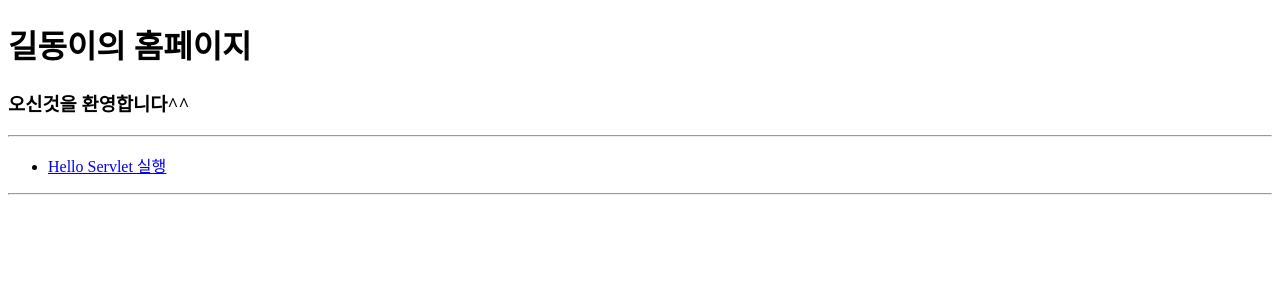
Repository: kkw2758/Front-end
Page: http://localhost/jsp_suvlet_ex01/
An editor plug-in stored every save of this project. The page is shown before and after the next save, followed by the edit.
The browser window is 1280 px wide. The pictures show the whole page.
The page is served by Tomcat 9.

Above is the page before, as saved 2023-02-27 02:27:18.

After the next save:
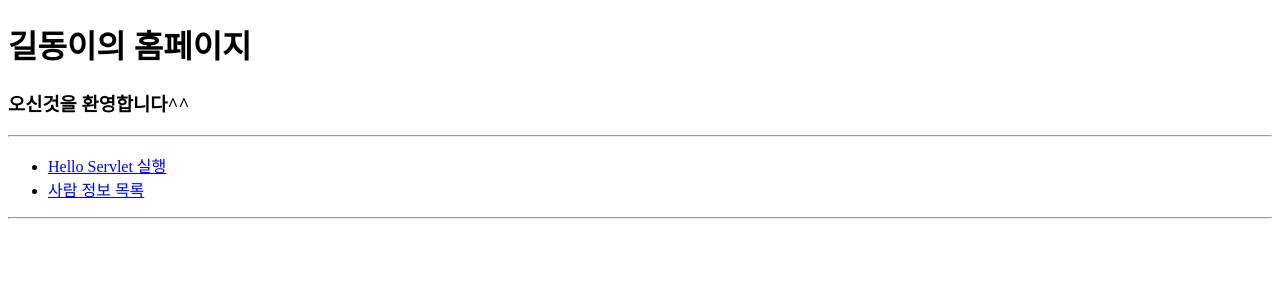
Saved 2 min 21 s later.
--- a/backend_work/JAVA/day02/jsp_suvlet_ex01/webapp/index.jsp
+++ b/backend_work/JAVA/day02/jsp_suvlet_ex01/webapp/index.jsp
@@ -13,6 +13,7 @@
 	<ul>
 	<!-- web.xml의 ulr-pattern에서는 "/"를 반드시 넣어줘야함 -->
 		<li><a href="hello">Hello Servlet 실행</a></li>
+		<li><a href="saram/list.do">사람 정보 목록</a></li>
 	</ul>
 	<hr/>
 
